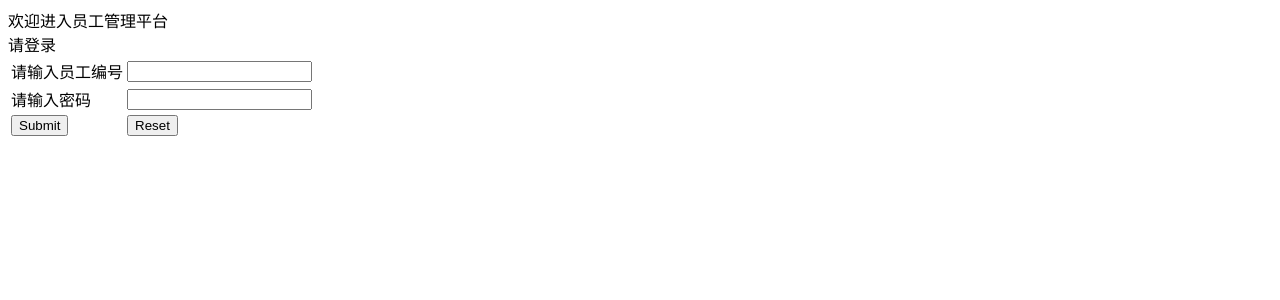
Repository: lgh06/myclass
Page: http://localhost/stuff/
These files come from the project's save history. The page is drawn as it stood at one moment and after the next save; the edit follows.
The browser window is 1280 px wide. The pictures show the whole page.
The page is served by Tomcat 9.

Above is the page before, as saved 2014-03-21 08:26:49.

After the next save:
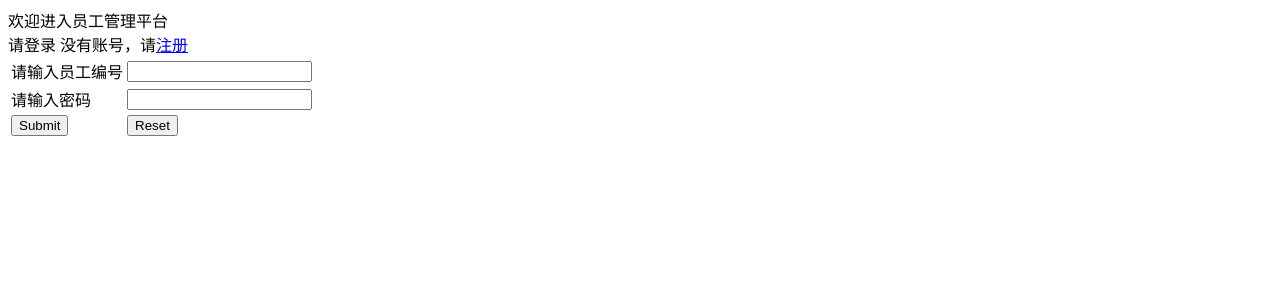
Saved 52 s later.
--- a/stuff/WebRoot/index.jsp
+++ b/stuff/WebRoot/index.jsp
@@ -21,7 +21,7 @@ String basePath = request.getScheme()+"://"+request.getServerName()+":"+request.
   </head>
 
   <body>
-    欢迎进入员工管理平台<br>请登录
+    欢迎进入员工管理平台<br>请登录 没有账号，请<a href="register.jsp">注册</a>
     <form action="login" method="post">
     <table>
    <tr>
